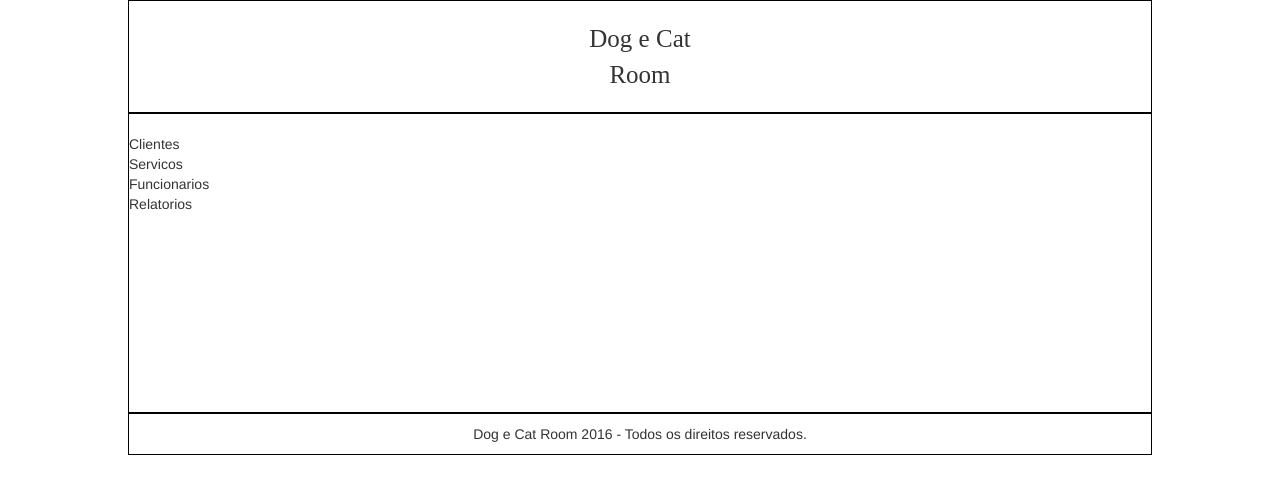
Repository: Natanzx/DogECatRoom
Page: http://localhost/DogECatRoom/principal.jsp
These files come from the project's save history. The page is drawn as it stood at one moment and after the next save; the edit follows.
The browser window is 1280 px wide. The pictures show the whole page.
The page is served by Tomcat 9.

Above is the page before, as saved 2016-05-15 19:59:25.

After the next save:
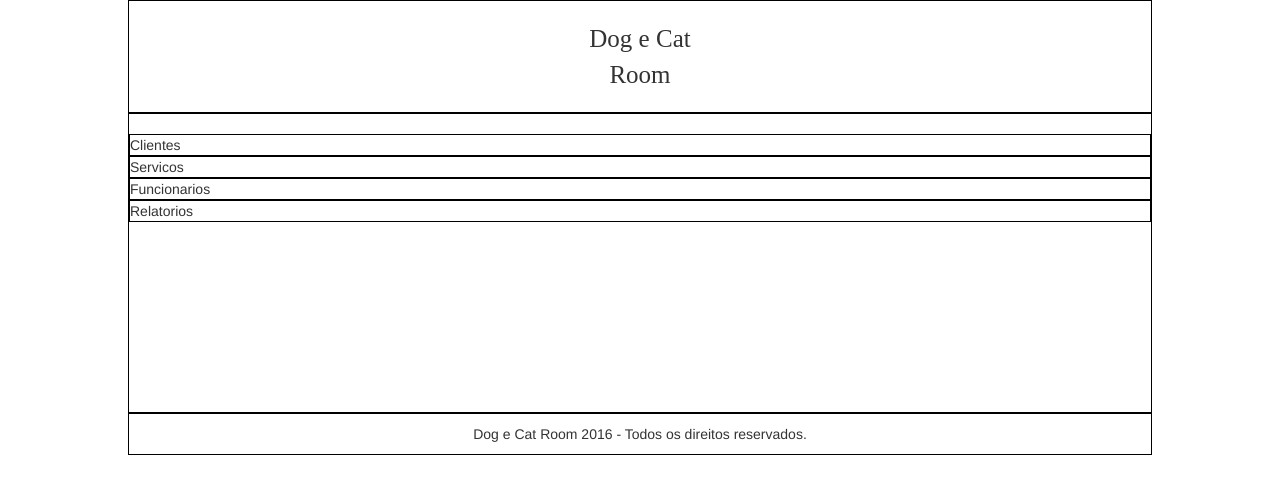
Saved 106 s later.
--- a/DogECatRoom/WebContent/bibliotecas/css/estilos.css
+++ b/DogECatRoom/WebContent/bibliotecas/css/estilos.css
@@ -24,3 +24,7 @@
 	padding 			: 20px 0px;
 	border				: 1px solid black;
 }
+
+.divMenu{
+	border				: 1px solid black;
+}
